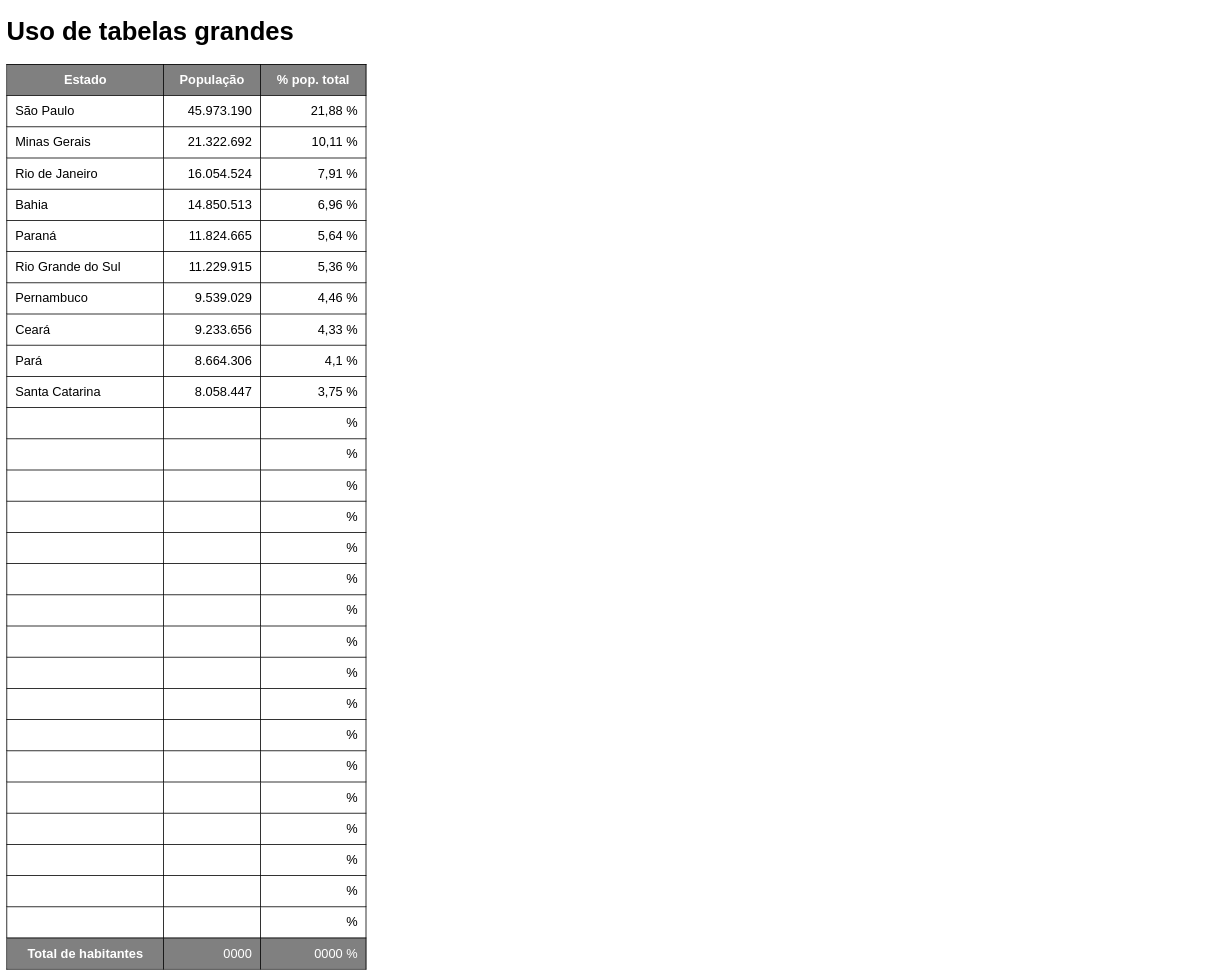
Repository: railsondev/html-css
Page: Módulo3/Exercicios/Ex02 - Tabelas/tabela002.html
These files come from the project's save history. The page is drawn as it stood at one moment and after the next save; the edit follows.
The browser window is 1280 px wide. The page is 1280 px wide, then 1519 px, so the pictures cover 1519 px, including what lies to the right of the window. The pictures show the whole page, at 80% of full size.

Above is the page before, as saved 2024-10-18 18:33:22.

After the next save:
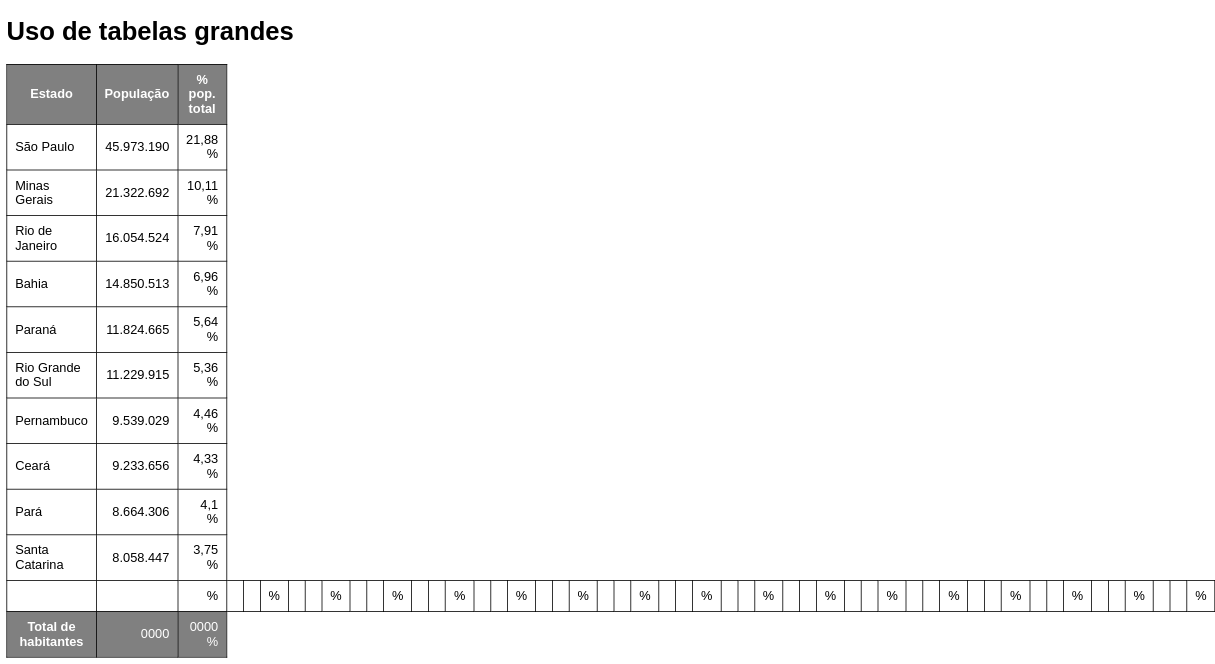
Saved 54 s later.
--- a/Módulo3/Exercicios/Ex02 - Tabelas/tabela002.html
+++ b/Módulo3/Exercicios/Ex02 - Tabelas/tabela002.html
@@ -52,113 +52,72 @@
         <td class="numero">9.539.029</td>
         <td class="porc">4,46</td>
       </tr>
-    </tbody>
-    <tbody>
       <tr>
         <td>Ceará</td>
         <td class="numero">9.233.656</td>
         <td class="porc">4,33</td>
       </tr>
-    </tbody>
-    <tbody>
       <tr>
         <td>Pará</td>
         <td class="numero">8.664.306</td>
         <td class="porc">4,1</td>
       </tr>
-    </tbody>
-    <tbody>
       <tr>
         <td>Santa Catarina</td>
         <td class="numero">8.058.447</td>
         <td class="porc">3,75</td>
       </tr>
-    </tbody>
-    <tbody>
       <td></td>
       <td class="numero"></td>
       <td class="porc"></td>
-    </tbody>
-    <tbody>
       <td></td>
       <td class="numero"></td>
       <td class="porc"></td>
-    </tbody>
-    <tbody>
       <td></td>
       <td class="numero"></td>
       <td class="porc"></td>
-    </tbody>
-    <tbody>
       <td></td>
       <td class="numero"></td>
       <td class="porc"></td>
-    </tbody>
-    <tbody>
       <td></td>
       <td class="numero"></td>
       <td class="porc"></td>
-    </tbody>
-    <tbody>
       <td></td>
       <td class="numero"></td>
       <td class="porc"></td>
-    </tbody>
-    <tbody>
       <td></td>
       <td class="numero"></td>
       <td class="porc"></td>
-    </tbody>
-    <tbody>
       <td></td>
       <td class="numero"></td>
       <td class="porc"></td>
-    </tbody>
-    <tbody>
       <td></td>
       <td class="numero"></td>
       <td class="porc"></td>
-    </tbody>
-    <tbody>
       <td></td>
       <td class="numero"></td>
       <td class="porc"></td>
-    </tbody>
-    <tbody>
       <td></td>
       <td class="numero"></td>
       <td class="porc"></td>
-    </tbody>
-    <tbody>
       <td></td>
       <td class="numero"></td>
       <td class="porc"></td>
-    </tbody>
-    <tbody>
       <td></td>
       <td class="numero"></td>
       <td class="porc"></td>
-    </tbody>
-    <tbody>
       <td></td>
       <td class="numero"></td>
       <td class="porc"></td>
-    </tbody>
-    <tbody>
       <td></td>
       <td class="numero"></td>
       <td class="porc"></td>
-    </tbody>
-    <tbody>
       <td></td>
       <td class="numero"></td>
       <td class="porc"></td>
-    </tbody>
-    <tbody>
       <td></td>
       <td class="numero"></td>
       <td class="porc"></td>
-    </tbody>
     <tfoot>
       <tr>
         <th>Total de habitantes</th>
